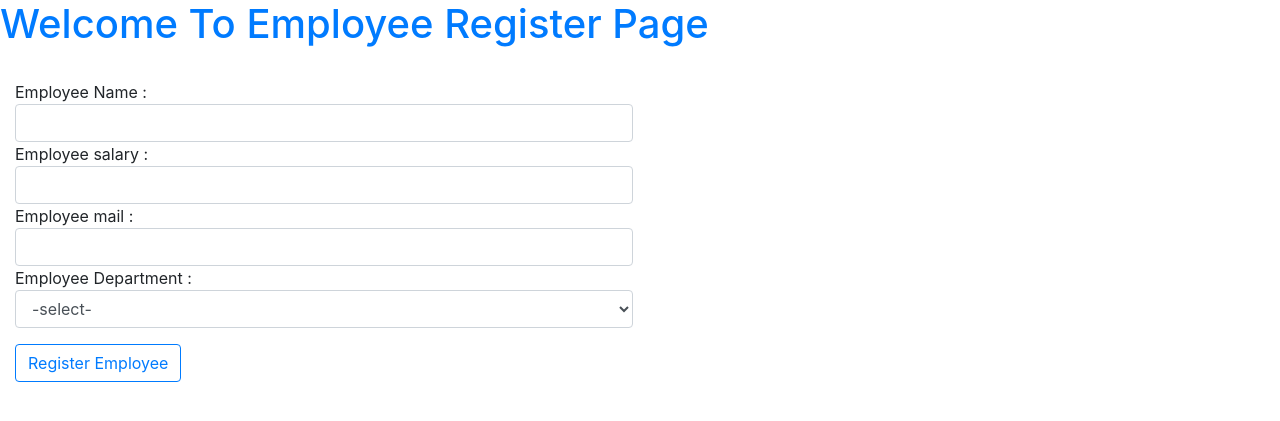
Repository: lokeshsukhwal/EmployeeMiniProject
Page: http://localhost/EmployeeRegister
The author's editor kept a copy of each file at every save. The page is drawn from the files as they stood at one save, then again after the next save.
The browser window is 1280 px wide. The pictures show the whole page.
The page is this project's Thymeleaf template; nobody is signed in. The template is opened directly, without the code that normally fills it, so the values that code supplies are empty.

Above is the page before, as saved 2023-01-18 13:25:15.

After the next save:
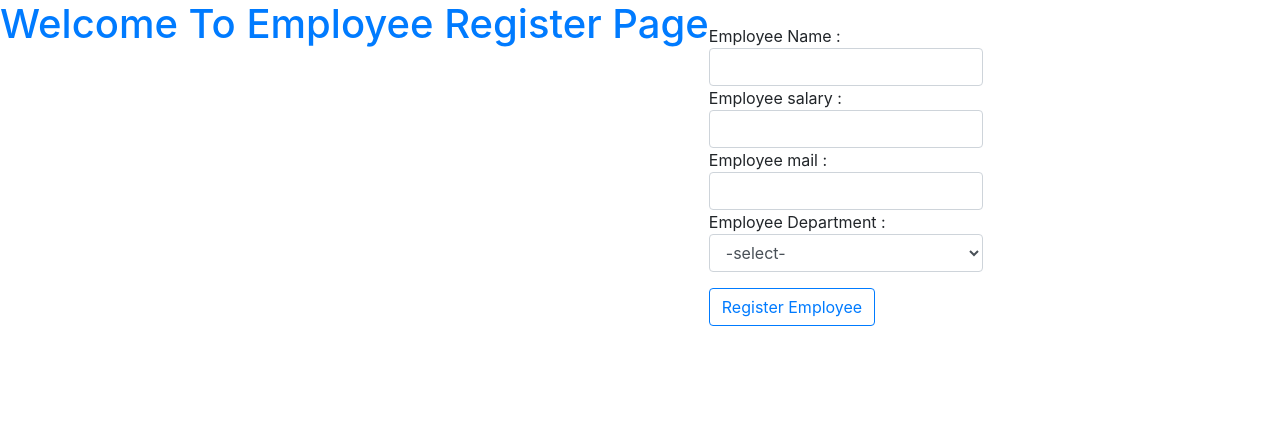
Saved 19 s later.
--- a/SpringBootMvc-ThymeleafMySqlCrudMiniProject/src/main/resources/templates/EmployeeRegister.html
+++ b/SpringBootMvc-ThymeleafMySqlCrudMiniProject/src/main/resources/templates/EmployeeRegister.html
@@ -9,7 +9,7 @@
 <body>
 <div class="container row">
 	<h1 class=" text-primary text-center">Welcome To Employee Register Page</h1>
-		<form th:action="@{/employee/save}" method="POST" class="mt-4 form col-sm-7">
+		<form th:action="@{/employee/save}" method="POST" class="mt-4 form ">
 
 			Employee Name : <input type="text" name="empName"class="form-control">
 
